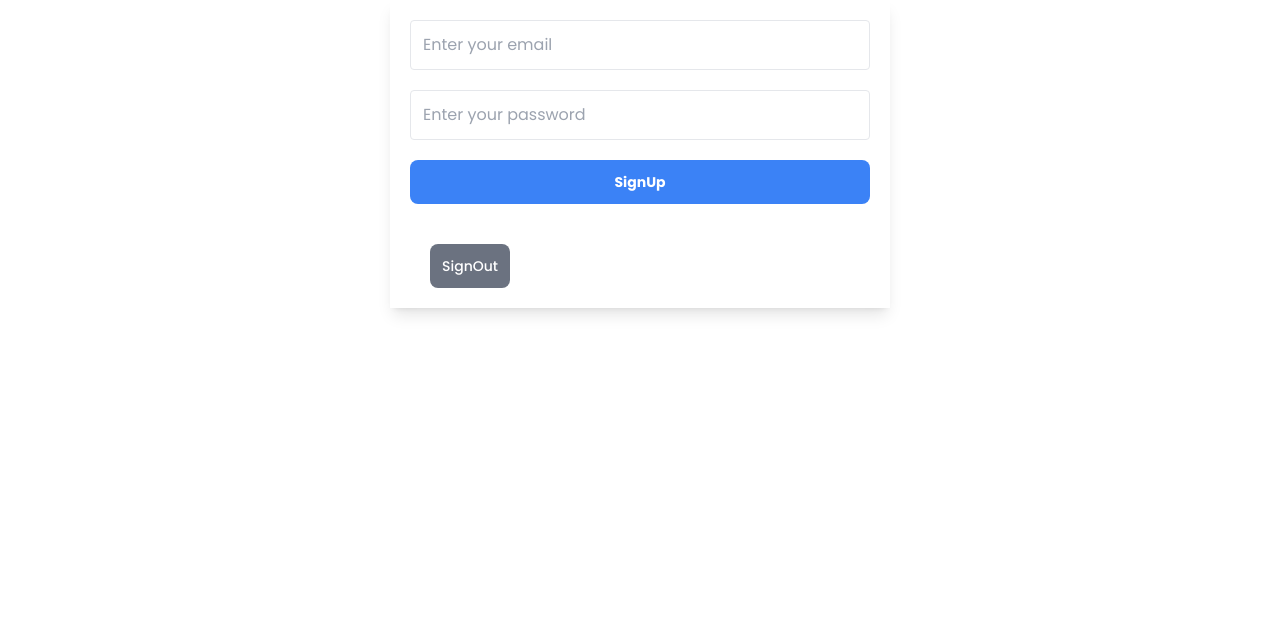
Repository: ThanhPhongsof/React-Course
Page: /
These files come from the project's save history. The page is drawn as it stood at one moment and after the next save; the edit follows.
The browser window is 1280 px wide. The pictures show the whole page.
The project was rebuilt for these pictures with package versions that can differ from the ones it lists, and the page was loaded fresh each time.

Above is the page before, as saved 2022-04-28 09:23:08.

### src/index.js
import React from "react";
import ReactDOM from "react-dom";
import App from "./App";
import reportWebVitals from "./reportWebVitals";
import "./index.scss";
import { BrowserRouter } from "react-router-dom";

// ReactDOM.render(
//   <React.StrictMode>
//     <BrowserRouter>
//       <App />
//     </BrowserRouter>
//   </React.StrictMode>,
//   document.getElementById("root")
// );

ReactDOM.render(
  <BrowserRouter>
    <App />
  </BrowserRouter>,
  document.getElementById("root")
);

// If you want to start measuring performance in your app, pass a function
// to log results (for example: reportWebVitals(console.log))
// or send to an analytics endpoint. Learn more: https://bit.ly/CRA-vitals
reportWebVitals();

### src/App.js
import React from "react";
// import FirebaseApp from "./firebase/FirebaseApp";
import FirebaseAuth from "./firebase/FirebaseAuth";

const App = () => {
  return (
    <div>
      {/* <FirebaseApp></FirebaseApp> */}
      <FirebaseAuth></FirebaseAuth>
    </div>
  );
};

export default App;

### src/index.scss
@tailwind base;
@tailwind components;
@tailwind utilities;

@layer base {
  @import url("https://fonts.googleapis.com/css2?family=Poppins:wght@300;400;500;700&display=swap");
  body {
    font-family: "Poppins", sans-serif;
  }
}
.skeleton {
  background-color: #eee;
  background-image: linear-gradient(
    110deg,
    #ececec 8%,
    #f5f5f5 18%,
    #ececec 33%
  );
  background-size: 200% 100%;
  animation: 1.5s shine linear infinite;
}
@keyframes shine {
  to {
    background-position-x: -200%;
  }
}
.zoom-enter .content {
  opacity: 0;
  transform: scale(0.5);
}
.zoom-enter-active .content {
  opacity: 1;
  transform: scale(1);
}
.zoom-exit .content {
  opacity: 1;
}
.zoom-exit-active .content {
  opacity: 0;
  transform: scale(0.5);
}

// Fade

.fade-enter .tooltip {
  opacity: 0;
}
.fade-enter-active .tooltip {
  opacity: 1;
}
.fade-exit .tooltip {
  opacity: 1;
}
.fade-exit-active .tooltip {
  opacity: 0;
}

### src/firebase/FirebaseAuth.js
import React, { Fragment, useState } from "react";
import {
  createUserWithEmailAndPassword,
  SignInWithPassword,
  signOut,
  getAuth,
  onAuthStateChanged,
  updateProfile,
} from "firebase/auth";
import { auth, db } from "./firebase-config";
import { addDoc, collection } from "firebase/firestore";

const FirebaseAuth = () => {
  const [values, setValues] = useState({ email: "", password: "" });

  const [userInfo, setUserInfo] = useState("");
  onAuthStateChanged(auth, (currentUser) => {
    if (currentUser) setUserInfo(currentUser);
    else setUserInfo("");
  });

  const handleInputChange = (e) => {
    setValues({ ...values, [e.target.name]: e.target.value });
  };

  const handleCreateUser = async (e) => {
    e.preventDefault();
    try {
      // credentials
      const cred = await createUserWithEmailAndPassword(
        auth,
        values.email,
        values.password
      );
      console.log("create user successfully");

      await updateProfile(auth.currentUser, {
        displayName: "Phong",
      });
      setUserInfo(cred);

      const userRef = collection(db, "users");
      addDoc(userRef, {
        id: cred.user.uid,
        email: values.email,
        password: values.password,
        displayName: userInfo?.displayName,
      });
    } catch (err) {
      console.log(err);
    }
  };

  const handleSignOut = (e) => {
    signOut(auth);
  };

  return (
    <Fragment>
      <div className="w-full max-w-[500px] mx-auto shadow-lg p-5 mb-10">
        <form onSubmit={handleCreateUser}>
          <input
            type="text"
            name="email"
            className="w-full p-3 mb-5 border border-gray-200 rounded outline-none focus:border-blue-500"
            placeholder="Enter your email"
            onChange={handleInputChange}
          />
          <input
            type="text"
            name="password"
            className="w-full p-3 mb-5 border border-gray-200 rounded outline-none focus:border-blue-500"
            placeholder="Enter your password"
            onChange={handleInputChange}
          />
          <button
            type="submit"
            className="w-full p-3 text-sm font-semibold text-white bg-blue-500 rounded-lg"
          >
            SignUp
          </button>
        </form>
        <div className="flex items-center mt-10 gap-x-5">
          <span>{userInfo?.displayName}</span>
          <button
            type="submit"
            className="p-3 text-sm font-medium text-white bg-gray-500 rounded-lg"
            onClick={handleSignOut}
          >
            SignOut
          </button>
        </div>
      </div>
    </Fragment>
  );
};

export default FirebaseAuth;

### src/firebase/firebase-config.js
import { initializeApp } from "firebase/app";
import { getFirestore } from "firebase/firestore";
import { getAuth } from "firebase/auth";

const firebaseConfig = {
  apiKey: "AIzaSyC355FgwykDKntB_YGE6tMUu9vuh2xR9gM",
  authDomain: "learn-firebase-14a19.firebaseapp.com",
  projectId: "learn-firebase-14a19",
  storageBucket: "learn-firebase-14a19.appspot.com",
  messagingSenderId: "687668366156",
  appId: "1:687668366156:web:1a8d11b45bd537e9fe9de9",
  measurementId: "G-VD0FPZ8499",
};

// Initialize Firebase
const app = initializeApp(firebaseConfig);

// Init services
export const db = getFirestore(app);
export const auth = getAuth(app);

### tailwind.config.js
module.exports = {
  content: ["./src/**/*.{js,jsx,ts,tsx}"],
  theme: {
    extend: {
      backgroundImage: {
        "primary-gradient": `linear-gradient(
          86.88deg,
          #7d6aff 1.38%,
          #ffb86c 64.35%,
          #fc2872 119.91%
        )`,
        "secondary-gradient": `linear-gradient(86.88deg, #20e3b2, #2cccff)`,
      },
    },
  },
  plugins: [],
};

Loaded but not shown: public/index.html (common file); src/reportWebVitals.js (common file)

After the next save:
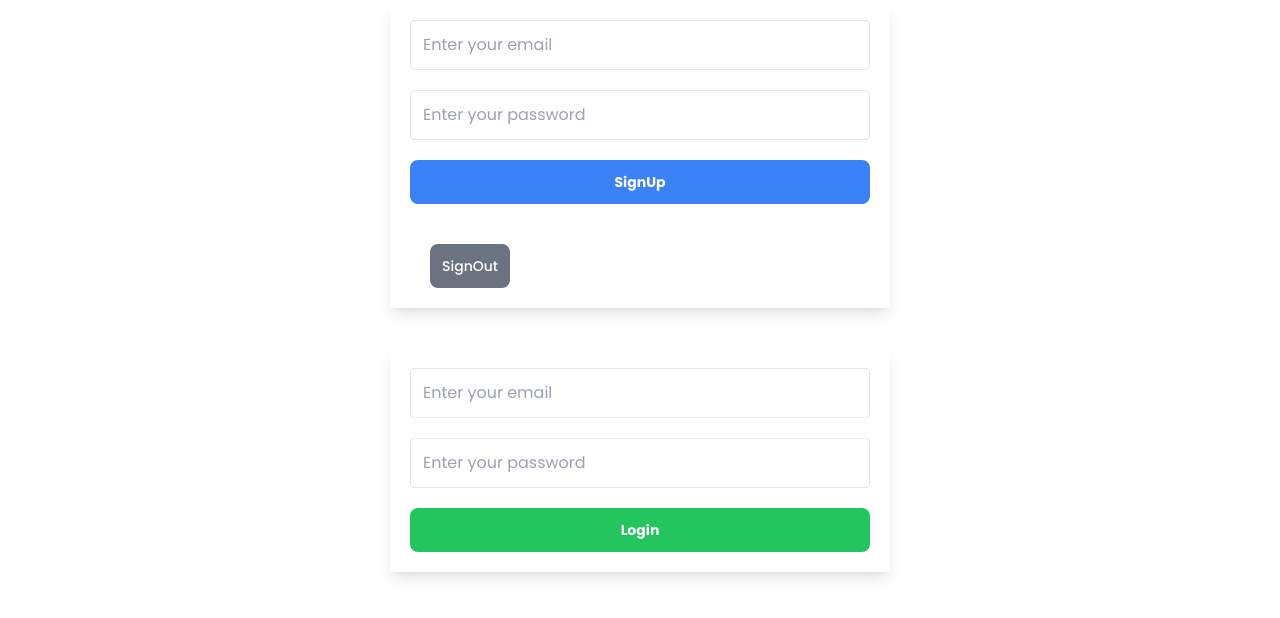
Saved 113 s later.
--- a/src/firebase/FirebaseAuth.js
+++ b/src/firebase/FirebaseAuth.js
@@ -55,6 +55,10 @@ const FirebaseAuth = () => {
     signOut(auth);
   };
 
+  const handleLogin = (e) => {
+    e.preventDefault();
+  };
+
   return (
     <Fragment>
       <div className="w-full max-w-[500px] mx-auto shadow-lg p-5 mb-10">
@@ -91,6 +95,30 @@ const FirebaseAuth = () => {
           </button>
         </div>
       </div>
+      <div className="w-full max-w-[500px] mx-auto shadow-lg p-5 mb-10">
+        <form onSubmit={handleLogin}>
+          <input
+            type="text"
+            name="email"
+            className="w-full p-3 mb-5 border border-gray-200 rounded outline-none focus:border-blue-500"
+            placeholder="Enter your email"
+            onChange={handleInputChange}
+          />
+          <input
+            type="text"
+            name="password"
+            className="w-full p-3 mb-5 border border-gray-200 rounded outline-none focus:border-blue-500"
+            placeholder="Enter your password"
+            onChange={handleInputChange}
+          />
+          <button
+            type="submit"
+            className="w-full p-3 text-sm font-semibold text-white bg-green-500 rounded-lg"
+          >
+            Login
+          </button>
+        </form>
+      </div>
     </Fragment>
   );
 };
